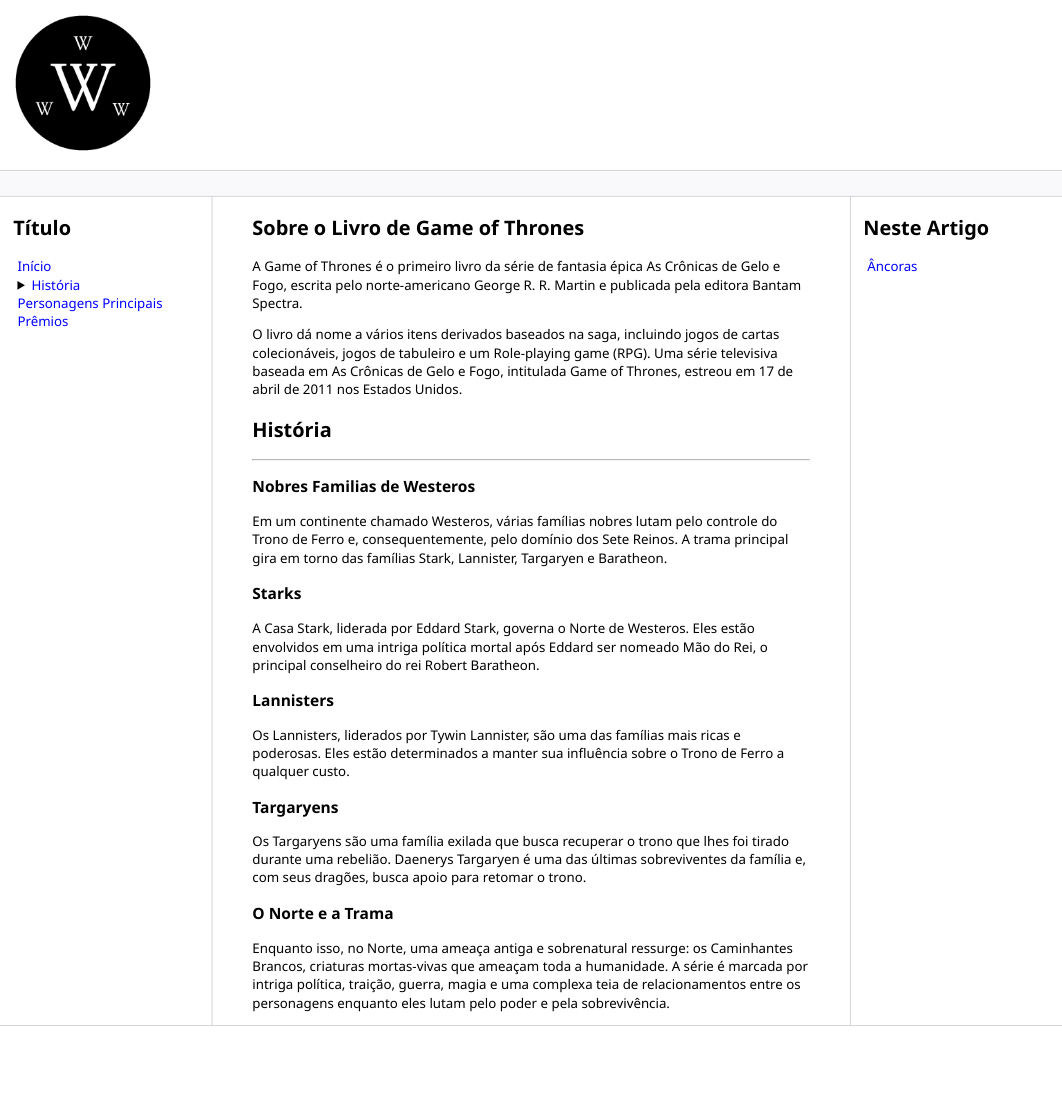
Repository: gustavotwist/projeto-w-wikipedia
Page: index.html
An editor plug-in stored every save of this project. The page is shown before and after a run of saves, followed by the edit.
The browser window is 1280 px wide. The pictures show the whole page, at 83% of full size.

Above is the page before, as saved 2024-05-01 11:53:05.

After the next 2 saves:
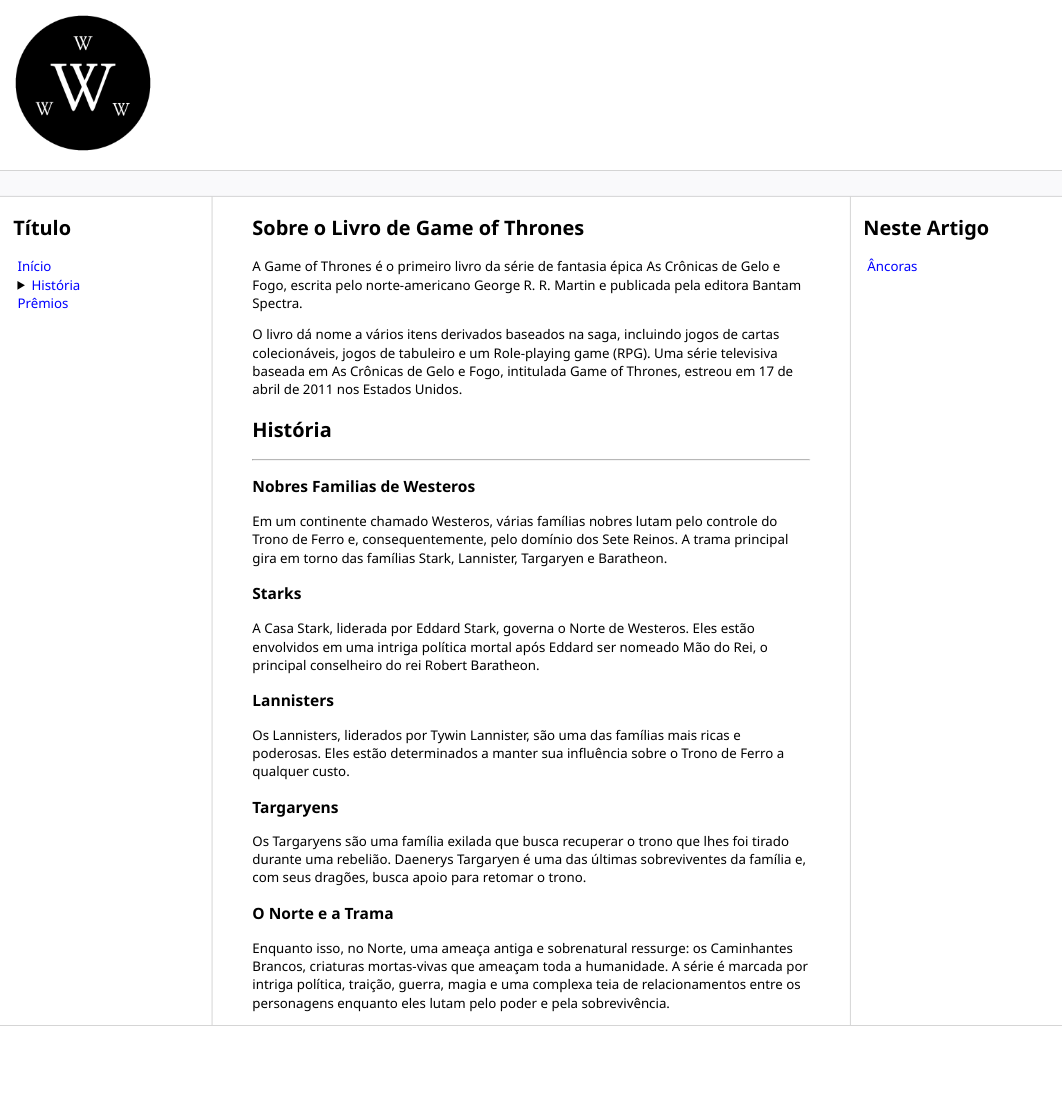
The 2 saves are shown as one change because they came seconds apart.
The last was saved 13 s later.
--- a/index.html
+++ b/index.html
@@ -29,7 +29,6 @@
                             <li><a href="#">Targaryens</a></li>
                             <li><a href="#">O Norte e a Trama</a></li>
                     </details>
-                    <li><a href="#">Personagens Principais</a></li></li>
                 <li><a href="#">Prêmios</a></li>
             </ul>
         </nav>
